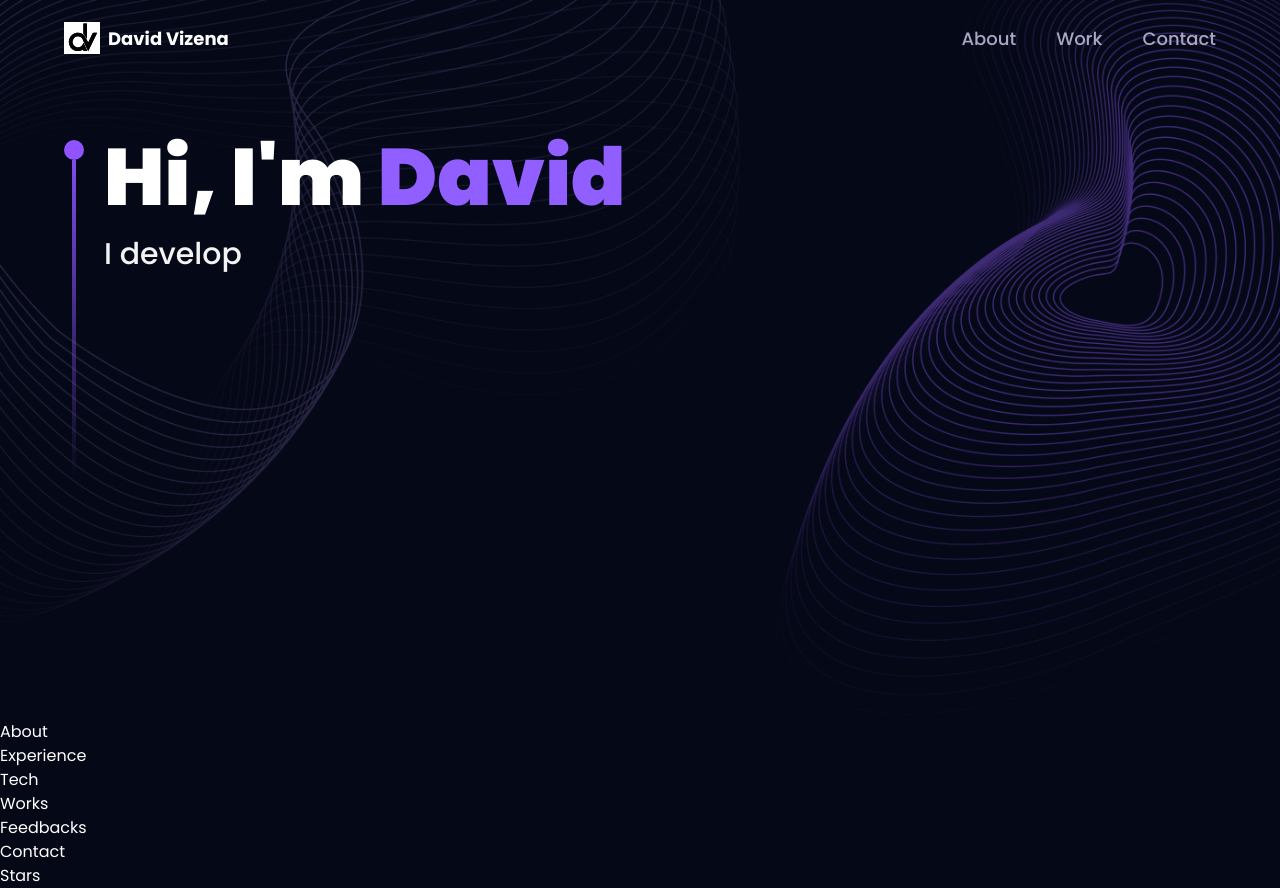
Repository: david-vizena/3d-portfolio
Page: /
The author's editor kept a copy of each file at every save. The page is drawn from the files as they stood at one save, then again after the next save.
The browser window is 1280 px wide. The pictures show the whole page.
The project was rebuilt for these pictures with package versions that can differ from the ones it lists, and the page was loaded fresh each time. Also part of the build but not shown: vite.config.js, src/components/canvas/Earth.jsx, src/components/canvas/Ball.jsx, src/components/canvas/Computers.jsx.

Above is the page before, as saved 2023-04-03 16:44:20.

### index.html
<!DOCTYPE html>
<html lang="en">
	<head>
		<meta charset="UTF-8" />
		<link rel="icon" type="image/svg+xml" href="/src/assets/logo.svg" />
		<meta name="viewport" content="width=device-width, initial-scale=1.0" />
		<title>David | Portfolio</title>
	</head>
	<body>
		<div id="root"></div>
		<script type="module" src="/src/main.jsx"></script>
	</body>
</html>

### src/App.jsx
import { BrowserRouter } from 'react-router-dom';
import {
	About,
	Contact,
	Experience,
	Feedbacks,
	Hero,
	Navbar,
	Tech,
	Works,
	StarsCanvas,
} from './components';

const App = () => {
	return (
		<BrowserRouter>
			<div className='relative z-0 bg-primary'>
				<div className='bg-hero-pattern bg-cover bg-no-repeat bg-center'>
					<Navbar />
					<Hero />
				</div>
				<About />
				<Experience />
				<Tech />
				<Works />
				<Feedbacks />
				<div className='relative z-0'>
					<Contact />
					<StarsCanvas />
				</div>
			</div>
		</BrowserRouter>
	);
};

export default App;

### src/index.css
@import url('https://fonts.googleapis.com/css2?family=Poppins:wght@100;200;300;400;500;600;700;800;900&display=swap');

@tailwind base;
@tailwind components;
@tailwind utilities;

* {
	margin: 0;
	padding: 0;
	box-sizing: border-box;
	font-family: 'Poppins', sans-serif;
	scroll-behavior: smooth;
	color-scheme: dark;
}

.hash-span {
	margin-top: -100px;
	padding-bottom: 100px;
	display: block;
}

.black-gradient {
	background: #000000; /* fallback for old browsers */
	background: -webkit-linear-gradient(
		to right,
		#434343,
		#000000
	); /* Chrome 10-25, Safari 5.1-6 */
	background: linear-gradient(
		to right,
		#434343,
		#000000
	); /* W3C, IE 10+/ Edge, Firefox 16+, Chrome 26+, Opera 12+, Safari 7+ */
}

.violet-gradient {
	background: #804dee;
	background: linear-gradient(-90deg, #804dee 0%, rgba(60, 51, 80, 0) 100%);
	background: -webkit-linear-gradient(
		-90deg,
		#804dee 0%,
		rgba(60, 51, 80, 0) 100%
	);
}

.green-pink-gradient {
	background: '#00cea8';
	background: linear-gradient(90.13deg, #00cea8 1.9%, #bf61ff 97.5%);
	background: -webkit-linear-gradient(-90.13deg, #00cea8 1.9%, #bf61ff 97.5%);
}

.orange-text-gradient {
	background: #f12711; /* fallback for old browsers */
	background: -webkit-linear-gradient(
		to top,
		#f12711,
		#f5af19
	); /* Chrome 10-25, Safari 5.1-6 */
	background: linear-gradient(
		to top,
		#f12711,
		#f5af19
	); /* W3C, IE 10+/ Edge, Firefox 16+, Chrome 26+, Opera 12+, Safari 7+ */
	-webkit-background-clip: text;
	-webkit-text-fill-color: transparent;
}

.green-text-gradient {
	background: #11998e; /* fallback for old browsers */
	background: -webkit-linear-gradient(
		to top,
		#11998e,
		#38ef7d
	); /* Chrome 10-25, Safari 5.1-6 */
	background: linear-gradient(
		to top,
		#11998e,
		#38ef7d
	); /* W3C, IE 10+/ Edge, Firefox 16+, Chrome 26+, Opera 12+, Safari 7+ */
	-webkit-background-clip: text;
	-webkit-text-fill-color: transparent;
}

.blue-text-gradient {
	/* background: -webkit-linear-gradient(#eee, #333); */
	background: #56ccf2; /* fallback for old browsers */
	background: -webkit-linear-gradient(
		to top,
		#2f80ed,
		#56ccf2
	); /* Chrome 10-25, Safari 5.1-6 */
	background: linear-gradient(
		to top,
		#2f80ed,
		#56ccf2
	); /* W3C, IE 10+/ Edge, Firefox 16+, Chrome 26+, Opera 12+, Safari 7+ */
	-webkit-background-clip: text;
	-webkit-text-fill-color: transparent;
}

.pink-text-gradient {
	background: #ec008c; /* fallback for old browsers */
	background: -webkit-linear-gradient(
		to top,
		#ec008c,
		#fc6767
	); /* Chrome 10-25, Safari 5.1-6 */
	background: linear-gradient(
		to top,
		#ec008c,
		#fc6767
	); /* W3C, IE 10+/ Edge, Firefox 16+, Chrome 26+, Opera 12+, Safari 7+ */
	-webkit-background-clip: text;
	-webkit-text-fill-color: transparent;
}

/* canvas- styles */
.canvas-loader {
	font-size: 10px;
	width: 1em;
	height: 1em;
	border-radius: 50%;
	position: relative;
	text-indent: -9999em;
	animation: mulShdSpin 1.1s infinite ease;
	transform: translateZ(0);
}

@keyframes mulShdSpin {
	0%,
	100% {
		box-shadow: 0em -2.6em 0em 0em #ffffff,
			1.8em -1.8em 0 0em rgba(255, 255, 255, 0.2),
			2.5em 0em 0 0em rgba(255, 255, 255, 0.2),
			1.75em 1.75em 0 0em rgba(255, 255, 255, 0.2),
			0em 2.5em 0 0em rgba(255, 255, 255, 0.2),
			-1.8em 1.8em 0 0em rgba(255, 255, 255, 0.2),
			-2.6em 0em 0 0em rgba(255, 255, 255, 0.5),
			-1.8em -1.8em 0 0em rgba(255, 255, 255, 0.7);
	}
	12.5% {
		box-shadow: 0em -2.6em 0em 0em rgba(255, 255, 255, 0.7),
			1.8em -1.8em 0 0em #ffffff, 2.5em 0em 0 0em rgba(255, 255, 255, 0.2),
			1.75em 1.75em 0 0em rgba(255, 255, 255, 0.2),
			0em 2.5em 0 0em rgba(255, 255, 255, 0.2),
			-1.8em 1.8em 0 0em rgba(255, 255, 255, 0.2),
			-2.6em 0em 0 0em rgba(255, 255, 255, 0.2),
			-1.8em -1.8em 0 0em rgba(255, 255, 255, 0.5);
	}
	25% {
		box-shadow: 0em -2.6em 0em 0em rgba(255, 255, 255, 0.5),
			1.8em -1.8em 0 0em rgba(255, 255, 255, 0.7), 2.5em 0em 0 0em #ffffff,
			1.75em 1.75em 0 0em rgba(255, 255, 255, 0.2),
			0em 2.5em 0 0em rgba(255, 255, 255, 0.2),
			-1.8em 1.8em 0 0em rgba(255, 255, 255, 0.2),
			-2.6em 0em 0 0em rgba(255, 255, 255, 0.2),
			-1.8em -1.8em 0 0em rgba(255, 255, 255, 0.2);
	}
	37.5% {
		box-shadow: 0em -2.6em 0em 0em rgba(255, 255, 255, 0.2),
			1.8em -1.8em 0 0em rgba(255, 255, 255, 0.5),
			2.5em 0em 0 0em rgba(255, 255, 255, 0.7), 1.75em 1.75em 0 0em #ffffff,
			0em 2.5em 0 0em rgba(255, 255, 255, 0.2),
			-1.8em 1.8em 0 0em rgba(255, 255, 255, 0.2),
			-2.6em 0em 0 0em rgba(255, 255, 255, 0.2),
			-1.8em -1.8em 0 0em rgba(255, 255, 255, 0.2);
	}
	50% {
		box-shadow: 0em -2.6em 0em 0em rgba(255, 255, 255, 0.2),
			1.8em -1.8em 0 0em rgba(255, 255, 255, 0.2),
			2.5em 0em 0 0em rgba(255, 255, 255, 0.5),
			1.75em 1.75em 0 0em rgba(255, 255, 255, 0.7), 0em 2.5em 0 0em #ffffff,
			-1.8em 1.8em 0 0em rgba(255, 255, 255, 0.2),
			-2.6em 0em 0 0em rgba(255, 255, 255, 0.2),
			-1.8em -1.8em 0 0em rgba(255, 255, 255, 0.2);
	}
	62.5% {
		box-shadow: 0em -2.6em 0em 0em rgba(255, 255, 255, 0.2),
			1.8em -1.8em 0 0em rgba(255, 255, 255, 0.2),
			2.5em 0em 0 0em rgba(255, 255, 255, 0.2),
			1.75em 1.75em 0 0em rgba(255, 255, 255, 0.5),
			0em 2.5em 0 0em rgba(255, 255, 255, 0.7), -1.8em 1.8em 0 0em #ffffff,
			-2.6em 0em 0 0em rgba(255, 255, 255, 0.2),
			-1.8em -1.8em 0 0em rgba(255, 255, 255, 0.2);
	}
	75% {
		box-shadow: 0em -2.6em 0em 0em rgba(255, 255, 255, 0.2),
			1.8em -1.8em 0 0em rgba(255, 255, 255, 0.2),
			2.5em 0em 0 0em rgba(255, 255, 255, 0.2),
			1.75em 1.75em 0 0em rgba(255, 255, 255, 0.2),
			0em 2.5em 0 0em rgba(255, 255, 255, 0.5),
			-1.8em 1.8em 0 0em rgba(255, 255, 255, 0.7), -2.6em 0em 0 0em #ffffff,
			-1.8em -1.8em 0 0em rgba(255, 255, 255, 0.2);
	}
	87.5% {
		box-shadow: 0em -2.6em 0em 0em rgba(255, 255, 255, 0.2),
			1.8em -1.8em 0 0em rgba(255, 255, 255, 0.2),
			2.5em 0em 0 0em rgba(255, 255, 255, 0.2),
			1.75em 1.75em 0 0em rgba(255, 255, 255, 0.2),
			0em 2.5em 0 0em rgba(255, 255, 255, 0.2),
			-1.8em 1.8em 0 0em rgba(255, 255, 255, 0.5),
			-2.6em 0em 0 0em rgba(255, 255, 255, 0.7), -1.8em -1.8em 0 0em #ffffff;
	}
}

### src/components/Hero.jsx
import { motion } from 'framer-motion';

import { styles } from '../styles';
import { ComputersCanvas } from './canvas';

const Hero = () => {
	return (
		<section className={`relative w-full h-screen mx-auto`}>
			<div
				className={`absolute inset-0 top-[120px]  max-w-7xl mx-auto ${styles.paddingX} flex flex-row items-start gap-5`}>
				<div className='flex flex-col justify-center items-center mt-5'>
					<div className='w-5 h-5 rounded-full bg-[#9153ff]' />
					<div className='w-1 sm:h-80 h-40 violet-gradient' />
				</div>

				<div>
					<h1 className={`${styles.heroHeadText} text-white`}>
						Hi, I'm <span className='text-[#915eff]'>David</span>
					</h1>
					<p className={`${styles.heroSubText} mt-2 text-white-100`}>
						I develop
					</p>
				</div>
			</div>
		</section>
	);
};

export default Hero;

### src/components/Navbar.jsx
import React, { useEffect, useState } from 'react';
import { Link } from 'react-router-dom';

import { styles } from '../styles';
import { navLinks } from '../constants';
import { logo, menu, close } from '../assets';

const Navbar = () => {
	const [active, setActive] = useState('');
	const [toggle, setToggle] = useState(false);
	const [scrolled, setScrolled] = useState(false);

	useEffect(() => {
		const handleScroll = () => {
			const scrollTop = window.scrollY;
			if (scrollTop > 100) {
				setScrolled(true);
			} else {
				setScrolled(false);
			}
		};

		window.addEventListener('scroll', handleScroll);

		return () => window.removeEventListener('scroll', handleScroll);
	}, []);

	return (
		<nav
			className={`${
				styles.paddingX
			} w-full flex items-center py-5 fixed top-0 z-20 ${
				scrolled ? 'bg-primary' : 'bg-transparent'
			}`}>
			<div className='w-full flex justify-between items-center max-w-7xl mx-auto'>
				<Link
					to='/'
					className='flex items-center gap-2'
					onClick={() => {
						setActive('');
						window.scrollTo(0, 0);
					}}>
					<img src={logo} alt='logo' className='w-9 h-9 object-contain' />
					<p className='text-white text-[18px] font-bold cursor-pointer flex '>
						David Vizena
					</p>
				</Link>

				<ul className='list-none hidden sm:flex flex-row gap-10'>
					{navLinks.map((nav) => (
						<li
							key={nav.id}
							className={`${
								active === nav.title ? 'text-white' : 'text-secondary'
							} hover:text-white text-[18px] font-medium cursor-pointer`}
							onClick={() => setActive(nav.title)}>
							<a href={`#${nav.id}`}>{nav.title}</a>
						</li>
					))}
				</ul>

				<div className='sm:hidden flex flex-1 justify-end items-center'>
					<img
						src={toggle ? close : menu}
						alt='menu'
						className='w-[28px] h-[28px] object-contain'
						onClick={() => setToggle(!toggle)}
					/>

					<div
						className={`${
							!toggle ? 'hidden' : 'flex'
						} p-6 black-gradient absolute top-20 right-0 mx-4 my-2 min-w-[140px] z-10 rounded-xl`}>
						<ul className='list-none flex justify-end items-start flex-1 flex-col gap-4'>
							{navLinks.map((nav) => (
								<li
									key={nav.id}
									className={`font-poppins font-medium cursor-pointer text-[16px] ${
										active === nav.title ? 'text-white' : 'text-secondary'
									}`}
									onClick={() => {
										setToggle(!toggle);
										setActive(nav.title);
									}}>
									<a href={`#${nav.id}`}>{nav.title}</a>
								</li>
							))}
						</ul>
					</div>
				</div>
			</div>
		</nav>
	);
};

export default Navbar;

### src/styles.js
const styles = {
	paddingX: 'sm:px-16 px-6',
	paddingY: 'sm:py-16 py-6',
	padding: 'sm:px-16 px-6 sm:py-16 py-10',

	heroHeadText:
		'font-black text-white lg:text-[80px] sm:text-[60px] xs:text-[50px] text-[40px] lg:leading-[98px] mt-2',
	heroSubText:
		'text-[#dfd9ff] font-medium lg:text-[30px] sm:text-[26px] xs:text-[20px] text-[16px] lg:leading-[40px]',

	sectionHeadText:
		'text-white font-black md:text-[60px] sm:text-[50px] xs:text-[40px] text-[30px]',
	sectionSubText:
		'sm:text-[18px] text-[14px] text-secondary uppercase tracking-wider',
};

export { styles };

### src/constants/index.js
import {
	mobile,
	backend,
	creator,
	web,
	javascript,
	typescript,
	html,
	css,
	reactjs,
	redux,
	tailwind,
	nodejs,
	mongodb,
	git,
	figma,
	docker,
	meta,
	starbucks,
	tesla,
	shopify,
	carrent,
	jobit,
	tripguide,
	threejs,
} from '../assets';

export const navLinks = [
	{
		id: 'about',
		title: 'About',
	},
	{
		id: 'work',
		title: 'Work',
	},
	{
		id: 'contact',
		title: 'Contact',
	},
];

const services = [
	{
		title: 'Web Developer',
		icon: web,
	},
	{
		title: 'React Native Developer',
		icon: mobile,
	},
	{
		title: 'Backend Developer',
		icon: backend,
	},
	{
		title: 'Content Creator',
		icon: creator,
	},
];

const technologies = [
	{
		name: 'HTML 5',
		icon: html,
	},
	{
		name: 'CSS 3',
		icon: css,
	},
	{
		name: 'JavaScript',
		icon: javascript,
	},
	{
		name: 'TypeScript',
		icon: typescript,
	},
	{
		name: 'React JS',
		icon: reactjs,
	},
	{
		name: 'Redux Toolkit',
		icon: redux,
	},
	{
		name: 'Tailwind CSS',
		icon: tailwind,
	},
	{
		name: 'Node JS',
		icon: nodejs,
	},
	{
		name: 'MongoDB',
		icon: mongodb,
	},
	{
		name: 'Three JS',
		icon: threejs,
	},
	{
		name: 'git',
		icon: git,
	},
	{
		name: 'figma',
		icon: figma,
	},
	{
		name: 'docker',
		icon: docker,
	},
];

const experiences = [
	{
		title: 'React.js Developer',
		company_name: 'Starbucks',
		icon: starbucks,
		iconBg: '#383E56',
		date: 'March 2020 - April 2021',
		points: [
			'Developing and maintaining web applications using React.js and other related technologies.',
			'Collaborating with cross-functional teams including designers, product managers, and other developers to create high-quality products.',
			'Implementing responsive design and ensuring cross-browser compatibility.',
			'Participating in code reviews and providing constructive feedback to other developers.',
		],
	},
	{
		title: 'React Native Developer',
		company_name: 'Tesla',
		icon: tesla,
		iconBg: '#E6DEDD',
		date: 'Jan 2021 - Feb 2022',
		points: [
			'Developing and maintaining web applications using React.js and other related technologies.',
			'Collaborating with cross-functional teams including designers, product managers, and other developers to create high-quality products.',
			'Implementing responsive design and ensuring cross-browser compatibility.',
			'Participating in code reviews and providing constructive feedback to other developers.',
		],
	},
	{
		title: 'Web Developer',
		company_name: 'Shopify',
		icon: shopify,
		iconBg: '#383E56',
		date: 'Jan 2022 - Jan 2023',
		points: [
			'Developing and maintaining web applications using React.js and other related technologies.',
			'Collaborating with cross-functional teams including designers, product managers, and other developers to create high-quality products.',
			'Implementing responsive design and ensuring cross-browser compatibility.',
			'Participating in code reviews and providing constructive feedback to other developers.',
		],
	},
	{
		title: 'Full stack Developer',
		company_name: 'Meta',
		icon: meta,
		iconBg: '#E6DEDD',
		date: 'Jan 2023 - Present',
		points: [
			'Developing and maintaining web applications using React.js and other related technologies.',
			'Collaborating with cross-functional teams including designers, product managers, and other developers to create high-quality products.',
			'Implementing responsive design and ensuring cross-browser compatibility.',
			'Participating in code reviews and providing constructive feedback to other developers.',
		],
	},
];

const testimonials = [
	{
		testimonial:
			'I thought it was impossible to make a website as beautiful as our product, but Rick proved me wrong.',
		name: 'Sara Lee',
		designation: 'CFO',
		company: 'Acme Co',
		image: 'https://randomuser.me/api/portraits/women/4.jpg',
	},
	{
		testimonial:
			"I've never met a web developer who truly cares about their clients' success like Rick does.",
		name: 'Chris Brown',
		designation: 'COO',
		company: 'DEF Corp',
		image: 'https://randomuser.me/api/portraits/men/5.jpg',
	},
	{
		testimonial:
			"After Rick optimized our website, our traffic increased by 50%. We can't thank them enough!",
		name: 'Lisa Wang',
		designation: 'CTO',
		company: '456 Enterprises',
		image: 'https://randomuser.me/api/portraits/women/6.jpg',
	},
];

const projects = [
	{
		name: 'Car Rent',
		description:
			'Web-based platform that allows users to search, book, and manage car rentals from various providers, providing a convenient and efficient solution for transportation needs.',
		tags: [
			{
				name: 'react',
				color: 'blue-text-gradient',
			},
			{
				name: 'mongodb',
				color: 'green-text-gradient',
			},
			{
				name: 'tailwind',
				color: 'pink-text-gradient',
			},
		],
		image: carrent,
		source_code_link: 'https://github.com/',
	},
	{
		name: 'Job IT',
		description:
			'Web application that enables users to search for job openings, view estimated salary ranges for positions, and locate available jobs based on their current location.',
		tags: [
			{
				name: 'react',
				color: 'blue-text-gradient',
			},
			{
				name: 'restapi',
				color: 'green-text-gradient',
			},
			{
				name: 'scss',
				color: 'pink-text-gradient',
			},
		],
		image: jobit,
		source_code_link: 'https://github.com/',
	},
	{
		name: 'Trip Guide',
		description:
			'A comprehensive travel booking platform that allows users to book flights, hotels, and rental cars, and offers curated recommendations for popular destinations.',
		tags: [
			{
				name: 'nextjs',
				color: 'blue-text-gradient',
			},
			{
				name: 'supabase',
				color: 'green-text-gradient',
			},
			{
				name: 'css',
				color: 'pink-text-gradient',
			},
		],
		image: tripguide,
		source_code_link: 'https://github.com/',
	},
];

export { services, technologies, experiences, testimonials, projects };

### src/assets/index.js
import logo from "./logo.svg";
import backend from "./backend.png";
import creator from "./creator.png";
import mobile from "./mobile.png";
import web from "./web.png";
import github from "./github.png";
import menu from "./menu.svg";
import close from "./close.svg";

import css from "./tech/css.png";
import docker from "./tech/docker.png";
import figma from "./tech/figma.png";
import git from "./tech/git.png";
import html from "./tech/html.png";
import javascript from "./tech/javascript.png";
import mongodb from "./tech/mongodb.png";
import nodejs from "./tech/nodejs.png";
import reactjs from "./tech/reactjs.png";
import redux from "./tech/redux.png";
import tailwind from "./tech/tailwind.png";
import typescript from "./tech/typescript.png";
import threejs from "./tech/threejs.svg";

import meta from "./company/meta.png";
import shopify from "./company/shopify.png";
import starbucks from "./company/starbucks.png";
import tesla from "./company/tesla.png";

import carrent from "./carrent.png";
import jobit from "./jobit.png";
import tripguide from "./tripguide.png";

export {
  logo,
  backend,
  creator,
  mobile,
  web,
  github,
  menu,
  close,
  css,
  docker,
  figma,
  git,
  html,
  javascript,
  mongodb,
  nodejs,
  reactjs,
  redux,
  tailwind,
  typescript,
  threejs,
  meta,
  shopify,
  starbucks,
  tesla,
  carrent,
  jobit,
  tripguide,
};

### tailwind.config.js
/** @type {import('tailwindcss').Config} */
module.exports = {
	content: ['./src/**/*.{js,jsx}'],
	mode: 'jit',
	theme: {
		extend: {
			colors: {
				primary: '#050816',
				secondary: '#aaa6c3',
				tertiary: '#151030',
				'black-100': '#100d25',
				'black-200': '#090325',
				'white-100': '#f3f3f3',
			},
			boxShadow: {
				card: '0px 35px 120px -15px #211e35',
			},
			screens: {
				xs: '450px',
			},
			backgroundImage: {
				'hero-pattern': "url('/src/assets/herobg.png')",
			},
		},
	},
	plugins: [],
};

Loaded but not shown: src/main.jsx (common file); src/components/index.js (common file); src/components/canvas/index.js (common file); src/components/About.jsx (common file); src/components/Tech.jsx (common file); src/components/Experience.jsx (common file); src/components/Works.jsx (common file); src/components/Feedbacks.jsx (common file); src/components/Contact.jsx (common file); src/components/canvas/Stars.jsx (common file)

After the next save:
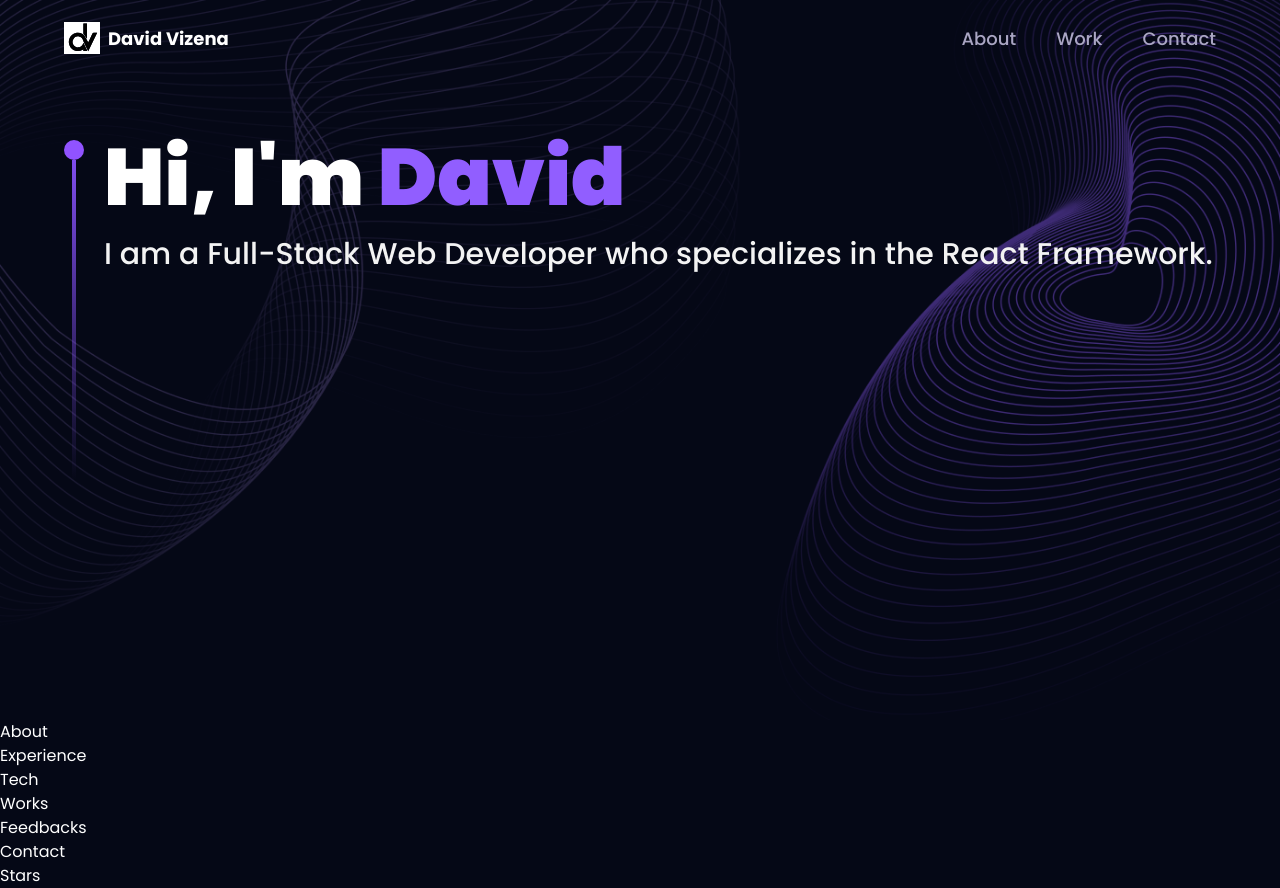
Saved 86 s later.
--- a/src/components/Hero.jsx
+++ b/src/components/Hero.jsx
@@ -18,7 +18,8 @@
 						Hi, I'm <span className='text-[#915eff]'>David</span>
 					</h1>
 					<p className={`${styles.heroSubText} mt-2 text-white-100`}>
-						I develop
+						I am a Full-Stack Web Developer who specializes in the React
+						Framework.
 					</p>
 				</div>
 			</div>
